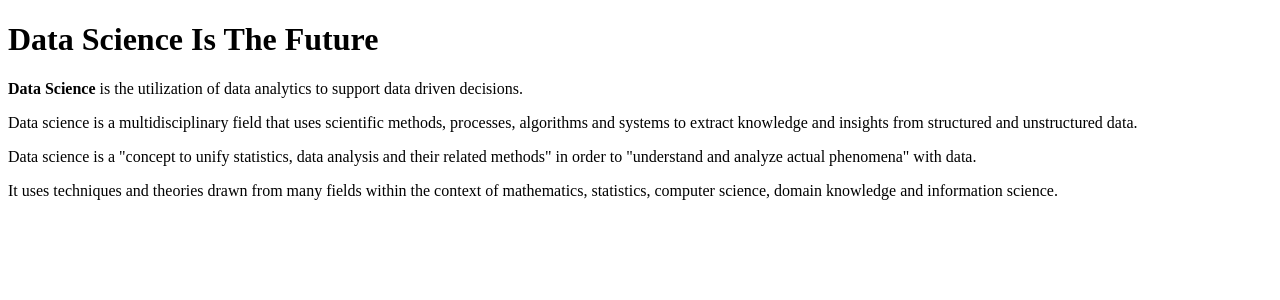
Repository: mwakad/learngit
Page: index.html
An editor plug-in stored every save of this project. The page is shown before and after the next save, followed by the edit.
The browser window is 1280 px wide. The pictures show the whole page.

Above is the page before, as saved 2025-04-05 02:17:58.

After the next save:
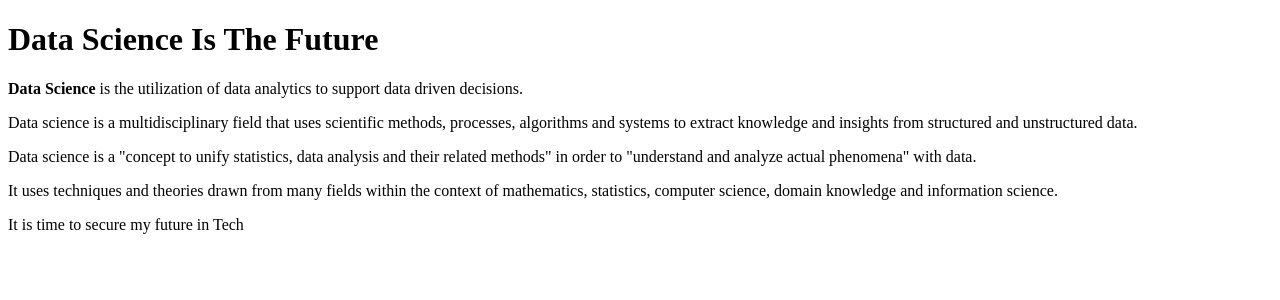
Saved 9 min 5 s later.
--- a/index.html
+++ b/index.html
@@ -10,6 +10,6 @@
 <p>Data science is a multidisciplinary field that uses scientific methods, processes, algorithms and systems to extract knowledge and insights from structured and unstructured data.</p>
 <p>Data science is a "concept to unify statistics, data analysis and their related methods" in order to "understand and analyze actual phenomena" with data.</p>
 <p>It uses techniques and theories drawn from many fields within the context of mathematics, statistics, computer science, domain knowledge and information science.</p>
-
+<p>It is time to secure my future in Tech</p>
 </body>
 </html>
